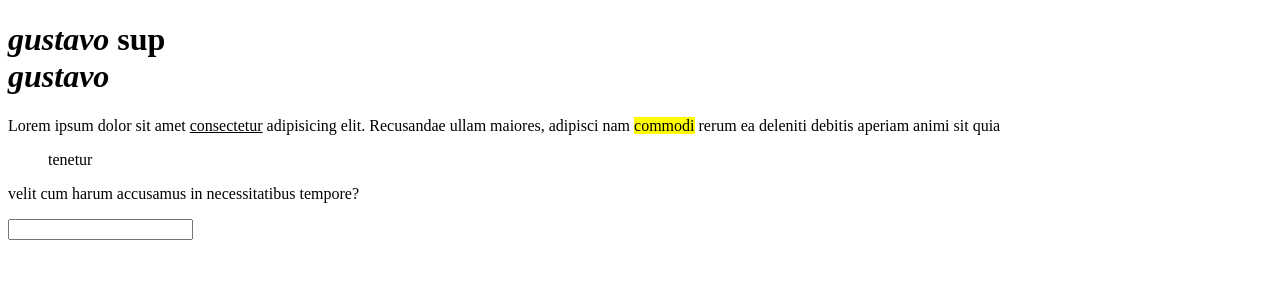
Repository: gustavotwist/html-css
Page: nova.html
These files come from the project's save history. The page is drawn as it stood at one moment and after the next save; the edit follows.
The browser window is 1280 px wide. The pictures show the whole page.

Above is the page before, as saved 2024-04-24 20:38:46.

After the next save:
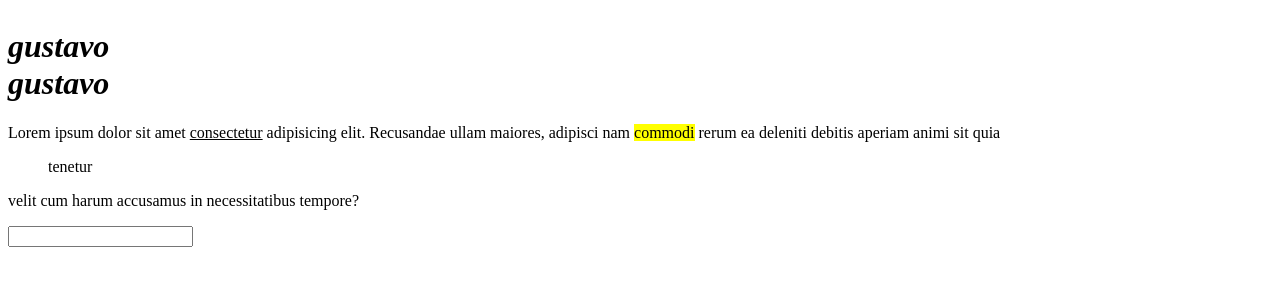
Saved 89 s later.
--- a/nova.html
+++ b/nova.html
@@ -6,7 +6,7 @@
     <title>Document</title>
 </head>
 <body>
-   <h1><strong><i>gustavo</i> sup</strong><br> <em>gustavo</em></h1>
+   <h1><strong><i>gustavo</i> <sup></sup></strong><br> <em>gustavo</em></h1>
    <p>Lorem ipsum dolor sit amet <u>consectetur</u> adipisicing elit. Recusandae ullam maiores, adipisci nam <mark>commodi</mark> rerum ea deleniti debitis aperiam animi sit quia <blockquote>tenetur</blockquote> velit cum harum accusamus in necessitatibus tempore?</p>
 
    <input type="number">
